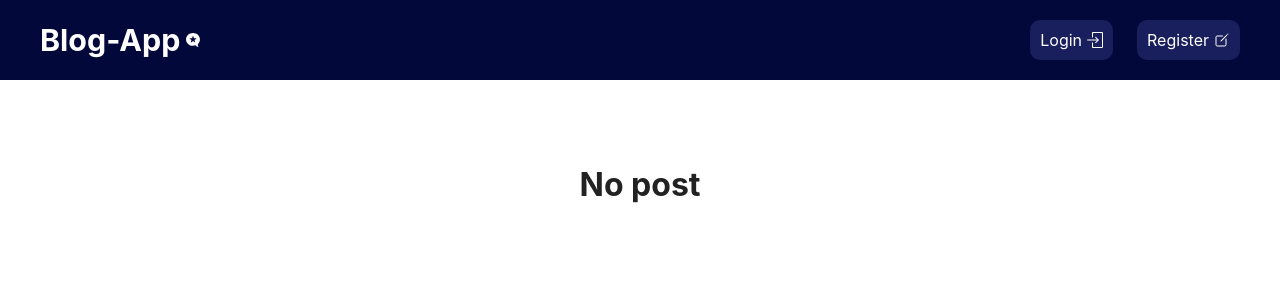
Repository: ateeque-219/BlogApp
Page: / (app in blogapp/)
The author's editor kept a copy of each file at every save. The page is drawn from the files as they stood at one save, then again after the next save.
The browser window is 1280 px wide. The pictures show the whole page.
The page's requests for data from a server got no answer. The project was rebuilt for these pictures with package versions that can differ from the ones it lists, and the page was loaded fresh each time. No one was signed in, and anything a server would have sent is missing. Also part of the build but not shown: blogapp/src/Post.js, blogapp/src/pages/LoginPage.js, blogapp/src/pages/RegisterPage.js, blogapp/src/pages/CreatePost.js, blogapp/src/pages/PostPage.js, blogapp/src/pages/EditPost.js. Imported but missing from the stored project, and not drawn on this page: blogapp/src/Editor.

Above is the page before, as saved 2024-01-23 20:46:29.

### blogapp/src/index.js
import React from 'react';
import ReactDOM from 'react-dom/client';
import './index.css';
import App from './App';
import  { BrowserRouter } from "react-router-dom";

const root = ReactDOM.createRoot(document.getElementById('root'));
root.render(
  <React.StrictMode>
   <BrowserRouter>
   <App />
   </BrowserRouter>
  </React.StrictMode>
);

### blogapp/src/App.js

import { Route, Routes } from 'react-router';
import './App.css';
import Layoutt from './Layoutt';
import Indexpage from './pages/Indexpage';
import LoginPage from './pages/LoginPage';
import RegisterPage from './pages/RegisterPage';
import { UserContextProvider } from './UserContext';
import CreatePost from './pages/CreatePost';
import PostPage from './pages/PostPage';
import EditPost from './pages/EditPost';

function App() {
  return (
    <UserContextProvider>
      <Routes>
      <Route path="/" element={<Layoutt />}>
        <Route index element={<Indexpage />} />
        <Route path="/login" element={<LoginPage/>} />
        <Route path ="/register" element={<RegisterPage/>}/>
        <Route path ="/create" element={<CreatePost />}></Route>
        <Route path ="/post/:id" element={<PostPage/>}/>
        <Route path="/edit/:id" element={<EditPost/>}/>
      </Route>
    </Routes>
    </UserContextProvider>
  );
}

export default App;

### blogapp/src/App.css
/* *{
  box-sizing: border-box;
}
body{
  color: #353535;
}
img{
  max-width: 100%;
}
main{
  padding: 12px;
  max-width: 900px;
  margin:0 auto ;
  border: 1px solid black;
}
header{
 display: flex;
 justify-content: space-between;
 margin-bottom: 50px;
 align-items: center;
}
header a{
  text-decoration: none;
  color: inherit;
  font-size: 20px;
}
header a.logo{
  font-weight: bolder;
  font-size: 30px;
}
header nav{
  display: flex;
  gap: 18px;
}
div.post{
  display: flex;
  gap: 22px;
   margin-bottom: 44px;
}
div.texts{
  margin: 0;
  padding: 0;
}

.texts h2 {
  margin: 0;
}

.image {
  margin-top: 18px;
  width: 600px;
}
div.post p.info{
  margin: 5px 0;
  display: flex;
  gap: 5px;
  font-weight: bold;
  color: #888;
  font-size: 1rem;

}
div.post p.info a.author{
  color: #333;
}
div.post p.summary{
  margin:4px 0;
  line-height: 1.5rem;
}
form.login , form.register{
max-width: 450px;
  margin: 0 auto;
}
input{
 width: 100%;
 display: block;
 margin-bottom: 7px;
 padding: 7px 5px;
 background-color:#fff;
 border: 2.5px solid #ddd;
 border-radius: 5px;

}
button{
  width: 100%;
  display: block;
 margin-bottom: 7px;
 padding: 7px;
  background-color: rgb(32, 30, 30);
 border-radius: 5px;
 color: white;
}

.title{
  text-align: center;
} */


*{
  box-sizing: border-box;
}
a{
  cursor: pointer;
}
body{
  margin: 0;
  color: #222;
}
img{
  max-width: 100%;
}
/* main{
  padding: 16px;
  max-width: 960px;
  margin: 0 auto;
} */
main{

  /* padding: 16px; */
  max-width: 100%;
  /* margin: 0 auto; */
}


/* header{
  display:flex;
  justify-content:space-between;
  margin-top: 20px;
  margin-bottom: 50px;
  align-items: center;
} */
header{
  position: sticky;
  display:flex;
  justify-content:space-between;
  margin-bottom: 50px;
  align-items: center;
  height: 60px;
  color: white;
  background-color: #03083a;
  padding: 40px;
}

.logodiv{
  display: flex;
  justify-content: center;
  align-items: center;
  gap: 5px;
}
/* .loginn{
  display: flex;
  gap:5px;
  justify-content: center;
  align-items: center;
  background-color: #4f4f89;
  padding: 9px;
  border-radius: 10px;
  cursor: pointer;
}  */
/* .loginn :active{
  background-color: #8b8ead;
  color: black;
} */
/* .loginnn :active{
  background-color: #8b8ead;
  color: black;
} */
/* .loginnn{
  display: flex;
  gap:5px;
  justify-content: center;
  align-items: center;
  background-color:#4f4f89;
  padding: 4px;
  border-radius: 10px;
} */
header a{
  text-decoration:none;
  color: inherit;

}
header a.logo{
  font-weight: bold;
  font-size: 1.9rem;
}
header nav{
  display:flex;
  gap: 24px;
}

/* div.post{
  display: grid;
  grid-template-columns: 1fr;
  gap: 1px;
  margin-bottom: 30px;
} */
.front{
  display: flex;
  width: 100%;
  justify-content: space-evenly;
  flex-wrap: wrap;
  padding: 14px;
}
.parent-front{
  display: flex;
  justify-content: center;
  width: 100%;
}
.post{
  display: flex;
  flex-direction: row;
  justify-content: center;
  align-items: center;
  flex-wrap: wrap;
  width: 300px;
  height: 500px;
  overflow-y: hidden;
  padding: 10px;
  border-radius:'50px';
  background-color: whitesmoke;
  box-shadow: 4.0px 8.0px 8.0px hsl(0deg 0% 0% / 0.38);
  margin: 20px;
}

div.post div.texts h2{
  margin:0;
  font-size: 2rem;
}
div.post div.texts a{
  text-decoration:none;
  color: inherit;
}
div.post p.info{
  margin:24px 0;
  color: #888;
  font-size:1rem;
  font-weight: bold;
  display: flex;
  gap: 10px;
}
div.post p.info a.author{
  color:#333;
}
div.post p.summary{
  margin:10px 0;
  line-height: 1.8rem;
}

form.login, form.register{
  max-width: 400px;
  margin: 0 auto;
}
input{
  display: block;
  margin-bottom: 5px;
  width: 100%;
  padding: 5px 7px;
  border: 2px solid #ddd;
  border-radius: 5px;
  background-color: #fff;
}
button{
  cursor: pointer;
  width: 100%;
  display: block;
  background-color: #555;
  border:0;
  color: #fff;
  border-radius: 5px;
  padding: 7px 0;
}
form.login h1, form.register h1{
  text-align: center;
}

div.post-page div.image{
  max-height:300px;
  display: flex;
  overflow:hidden;
}
div.post-page div.image img{
  object-fit: cover;
  object-position: center center;
  width: 100%;
}
div.post-page a{
  color:#333;
  text-decoration: underline;
}
div.post-page h1{
  text-align: center;
  margin: 10px 0 5px;
}
div.post-page time{
  text-align: center;
  display: block;
  font-size:1rem;
  color:#aaa;
  margin: 10px 0;
}
div.post-page div.author{
  text-align: center;
  margin-bottom: 20px;
  font-size: .7rem;
  font-weight: bold;
}
div.content p{
  line-height: 1.7rem;
  margin: 30px 0;
}
div.content li{
  margin-bottom: 10px;
}
div.edit-row{
  text-align: center;
  margin-bottom: 20px;
}
div.post-page a.edit-btn{
  background-color: #333;
  display: inline-flex;
  align-items: center;
  gap: 5px;
  color: #fff;
  padding:15px 30px;
  border-radius: 5px;
  text-decoration: none;
}
a svg{
  height:20px;
}

.loginn {
  display: flex;
  align-items: center;
  padding: 10px;
  gap: 5px;
  background-color: #191e5d;
  border-radius: 10px;
}

### blogapp/src/Layoutt.js
import React from 'react'
import Head from './Head'
import { Outlet } from 'react-router-dom'
const Layoutt = () => {
  return (
    <main>
      <Head></Head>
      <Outlet/>
    </main>
  )
}

export default Layoutt

### blogapp/src/pages/Indexpage.js
 import React, { useEffect, useState } from 'react'
 import Post from "../Post"

 const Indexpage = () => {
  const [posts , setPosts] = useState([]);
   useEffect(()=>{
    fetch('http://localhost:4000/post').then(response =>{
      response.json().then(posts =>{
        // console.log(posts);
        setPosts(posts);
      })
    })
  },[]);
   return (
     <div className='parent-front'>
      <div className='front'>
      {
        posts.length > 0 ? (posts.map(post=>(
          <Post {...post}/>
        ))) : <h1>No post</h1>
      }
     </div>
     </div>
   )
 }

 export default Indexpage

### blogapp/src/UserContext.js
import { createContext, useState } from 'react';
export const UserContext = createContext({});

export function UserContextProvider({ children }) {
  const [userinfo, setuserinfo] = useState({});

  return (
    <UserContext.Provider value={{ userinfo, setuserinfo }}>
      {children}
    </UserContext.Provider>
  );
}

### blogapp/src/Head.js
import React, { useContext, useEffect, useState } from 'react'
import { Link } from 'react-router-dom';
import { UserContext } from './UserContext';
import { FaMicroblog } from "react-icons/fa6";
import { SlLogin } from "react-icons/sl";
import { IoCreateOutline } from "react-icons/io5";
import { MdCreateNewFolder } from "react-icons/md";
import { CiLogout } from "react-icons/ci";

const Head = () => {
  // const ctx = useContext(UserContext);
  // const [userinfo,setuserinfo] = useState(ctx);
  const { setuserinfo, userinfo } = useContext(UserContext);
  useEffect(() => {
    fetch('http://localhost:4000/profile', {
      credentials: 'include',
    })
      .then(response => {
        return response.json();
      })
      .then(profileInfo => {
        console.log(profileInfo)
        setuserinfo(profileInfo);
      })
      .catch(error => {
        throw (error);
      });
  }, []);


  function logout() {
    fetch('http://localhost:4000/logout', {
      credentials: 'include',
      method: 'POST',
    });
    setuserinfo(null);
  }

  const username = userinfo?.username;

  // console.log('dasda',userinfo?.username);
  return (
    <header>
      <div className='logodiv'>
        <Link to="/" className="logo">Blog-App
        </Link>
        <FaMicroblog />
      </div>

      <nav>
        {username && (
          <>
            {/* {console.log('3343')} */}
              <Link to="/create" className='loginn'>create <MdCreateNewFolder /></Link>

              <a onClick={logout} className='loginn'>logout <CiLogout /></a>

          </>
        )}
        {!username && (
          <>
            {/* {console.log('3343')} */}
            <Link to="/login" className='loginn'> Login <SlLogin /></Link>

            <Link to="/register" className='loginn'>Register <IoCreateOutline /></Link>

          </>
        )}
      </nav>
    </header>
  );
}
export default Head;

Loaded but not shown: blogapp/public/index.html (common file); blogapp/src/index.css (common file)

After the next save:
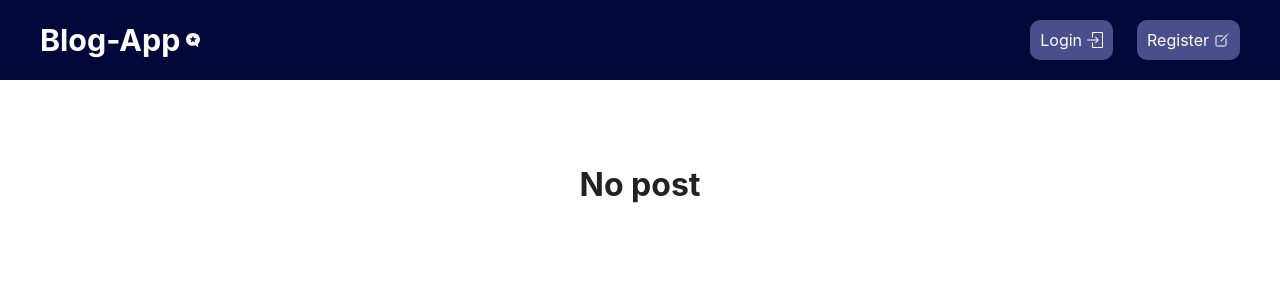
Saved 21 s later.
--- a/blogapp/src/App.css
+++ b/blogapp/src/App.css
@@ -333,6 +333,6 @@ a svg{
   align-items: center;
   padding: 10px;
   gap: 5px;
-  background-color: #191e5d;
+  background-color: #4a4f8b;
   border-radius: 10px;
 }
